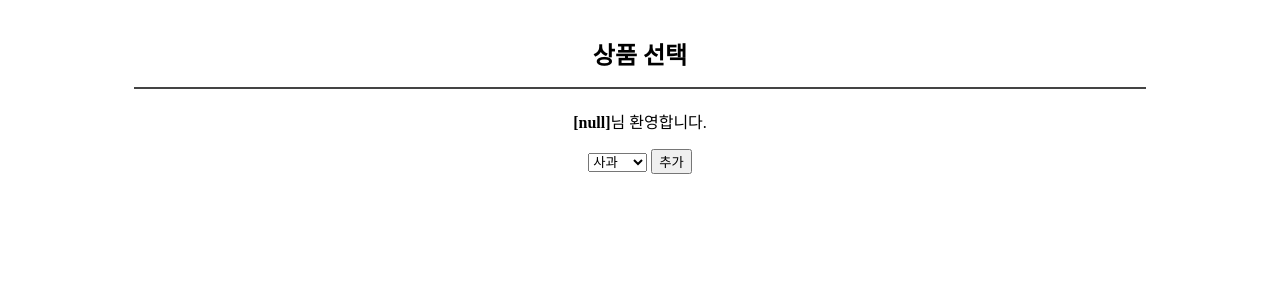
Repository: kiyongee2/space_jspworks
Page: http://localhost/jweb01/cart/selProduct.jsp
An editor plug-in stored every save of this project. The page is shown before and after the next save, followed by the edit.
The browser window is 1280 px wide. The pictures show the whole page.
The page is served by Tomcat 10. Other server files are loaded and not shown.

Above is the page before, as saved 2025-10-13 03:38:19.

### jweb01/src/main/webapp/cart/selProduct.jsp
<%@ page language="java" contentType="text/html; charset=UTF-8"
    pageEncoding="UTF-8"%>
<!DOCTYPE html>
<html>
<head>
<meta charset="UTF-8">
<title>상품 선택</title>
<style>
	#container{width: 80%; margin: 0 auto; text-align: center;}
	h2{border-bottom: 2px solid #444; padding: 16px;}
</style>
</head>
<%
	//입력된 이름 받아오기
	String name = request.getParameter("username");
	//out.println(name);
	//세션 발급(세션 이름-sessionName)
	session.setAttribute("sessionName", name);
%>

<body>
	<section id="container">
		<h2>상품 선택</h2>
		<p><b>[<%=session.getAttribute("sessionName") %>]</b>님 환영합니다.</p>
		<form action="addProduct.jsp" method="post">
			<select name="product">
				<option value="사과">사과</option>
				<option value="바나나">바나나</option>
				<option value="포도">포도</option>
			</select>
			<button type="submit">추가</button>
		</form>
	</section>
</body>
</html>

After the next save:
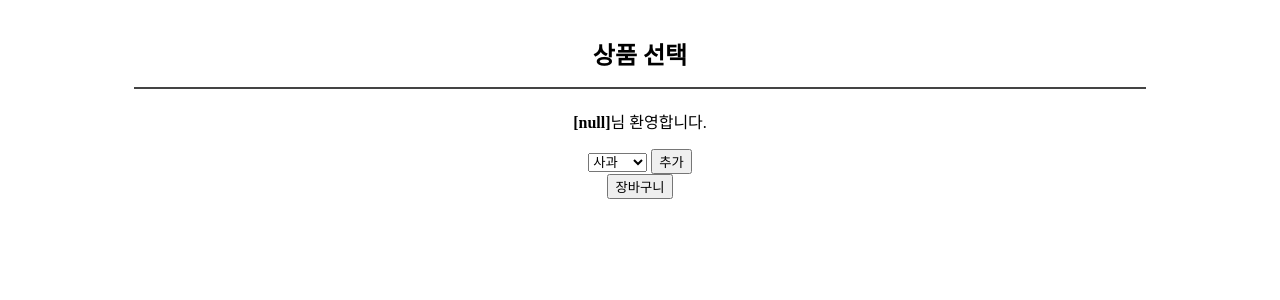
Saved 2 min 16 s later.
--- a/jweb01/src/main/webapp/cart/selProduct.jsp
+++ b/jweb01/src/main/webapp/cart/selProduct.jsp
@@ -30,6 +30,7 @@
 			</select>
 			<button type="submit">추가</button>
 		</form>
+		<button onclick="location.href='cart.jsp'">장바구니</button>
 	</section>
 </body>
 </html>
